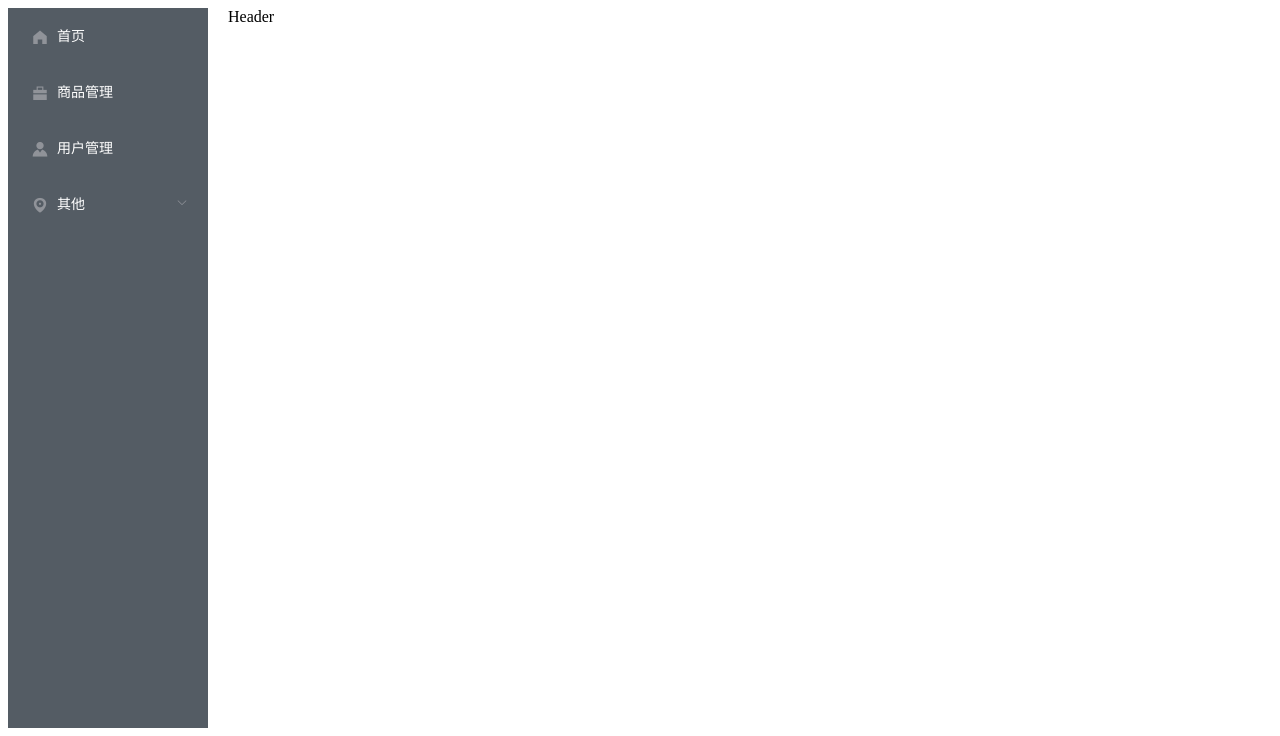
Repository: ldqml/ldqml.github.io
Page: /
An editor plug-in stored every save of this project. The page is shown before and after the next save, followed by the edit.
The browser window is 1280 px wide. The pictures show the whole page.
The project was rebuilt for these pictures with package versions that can differ from the ones it lists, and the page was loaded fresh each time. Also part of the build but not shown: vue.config.js, src/views/User.vue, src/views/Home.vue.

Above is the page before, as saved 2022-10-31 17:05:48.

After the next save:
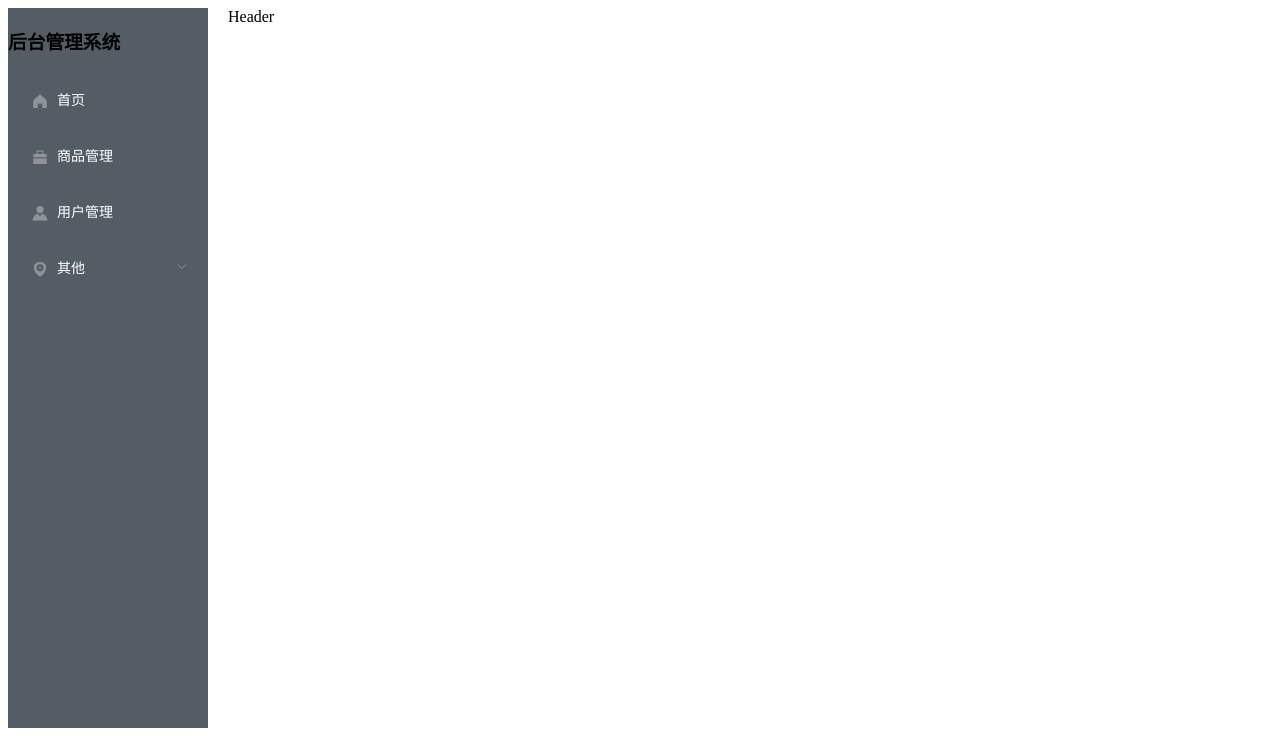
Saved 37 s later.
--- a/src/components/ComAside.vue
+++ b/src/components/ComAside.vue
@@ -9,6 +9,7 @@
     text-color="#fff"
     active-text-color="#ffd04b"
   >
+    <h3>后台管理系统</h3>
     <el-menu-item v-for="item in noChildren" :key='item.name' :index="item.name">
       <i :class="`el-icon-${item.icon}`"></i>
       <span slot="title">{{item.label}}</span>
